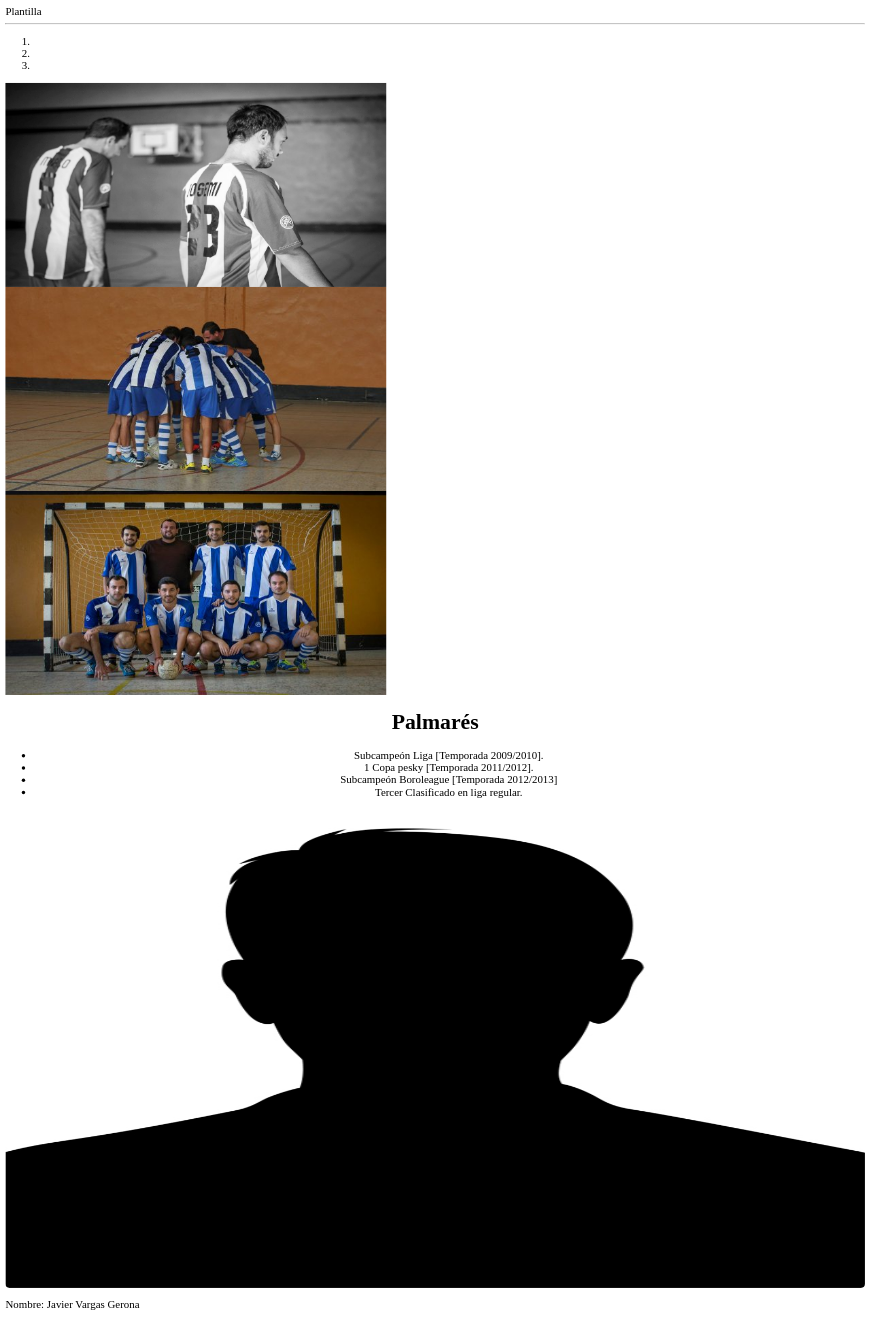
Repository: DiegoGodoy/atletiblue
Page: app/views/plantilla.html
The author's editor kept a record of every edit. The page is drawn from the files as they stood at one moment, then again after the next edit.
The browser window is 1280 px wide. The pictures show the whole page, at 68% of full size.

Above is the page before.

After the next edit:
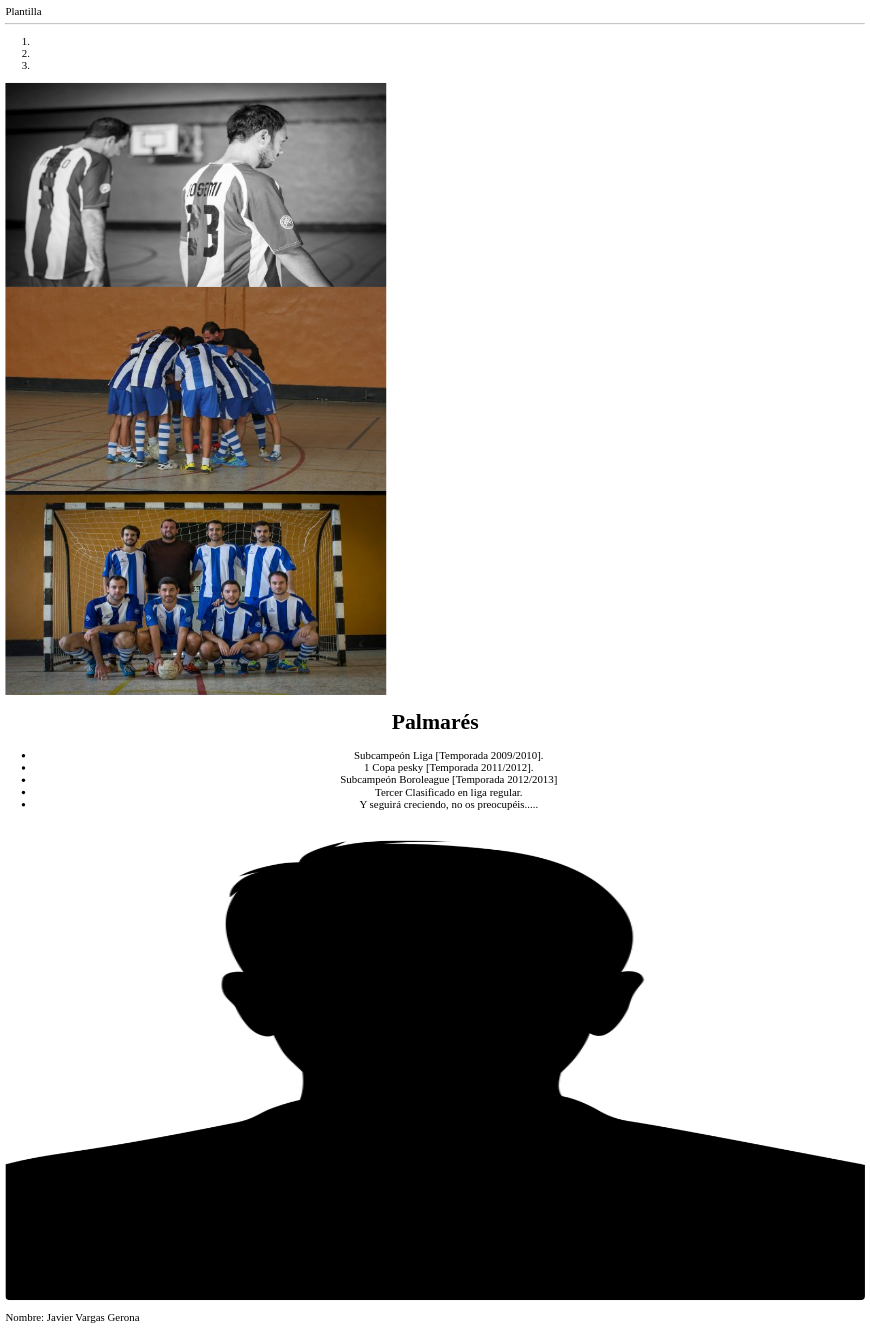
The edit:
--- a/app/views/plantilla.html
+++ b/app/views/plantilla.html
@@ -47,6 +47,7 @@
                                 <li>1 Copa pesky [Temporada 2011/2012].</li>
                                 <li>Subcampeón Boroleague [Temporada 2012/2013]</li>
                                 <li>Tercer Clasificado en liga regular.</li>
+                                <li>Y seguirá creciendo, no os preocupéis.....</li>
                             </ul>
                         </div>
                 </div>
@@ -56,7 +57,7 @@
 
         <div class="row">
                             <!-- Jugador -->
-                            <div  ng-repeat="jugador in jugadores.items">
+                            <div  ng-repeat="jugador in jugadores">
                                 <div class="col-lg-3 col-md-6">
                                     <div class="panel">
                                         <div class="panel-heading">
